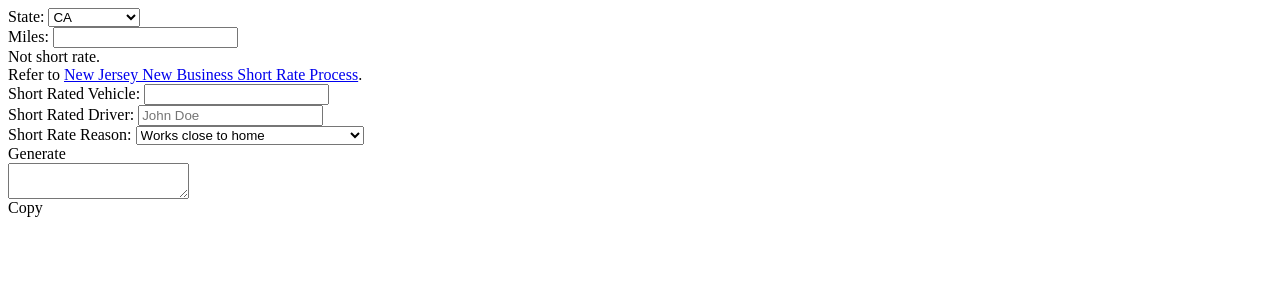
Repository: arjay07/AlineNotebook
Page: app/views/shortrate.html
The author's editor kept a record of every edit. The page is drawn from the files as they stood at one moment, then again after the next edit.
The browser window is 1280 px wide. The pictures show the whole page.

Above is the page before.

### app/views/shortrate.html
<div id="shortrategenerator">

    <div class="formdiv">
        State:
        <select id="states">
            <option value="ca">CA</option>
            <option value="fl">FL</option>
            <option value="nj">NJ</option>
            <option value="other">All Others...</option>
        </select>
    </div>

    <div class="formdiv">
        Miles: <input type="number" id="miles"/>
        <div id="notshortrated">Not short rate.</div>
    </div>

    <div id="njref">
        Refer to <a href="https://allstate.rightanswers.com/portal/app/portlets/results/viewsolution.jsp?solutionid=190415212741182&page=1&position=1&q=nj%20short%20rate">New Jersey New Business Short Rate Process</a>.
    </div>

    <div id="shortrated">

        <div class="formdiv">Short Rated Vehicle: <input id="shortratedvehicle"/></div>
        <div class="formdiv">Short Rated Driver: <input id="shortrateddriver" placeholder="John Doe"/></div>
        <div class="formdiv">Short Rate Reason:
            <select id="shortratereason">
                <option value="works close to home">Works close to home</option>
                <option value="works from home">Works from home</option>
                <option value="is a homemaker">Homemaker</option>
                <option value="is retired">Retired</option>
                <option value="has a company car or other primary mode of transporation">Has a company car or other...</option>
                <option value="stopped working to stay home with children">Stay home with children</option>
                <option value="uses public transportation to get to work">Public transportation to get to work</option>
                <option value="is deployed in the Military">Military (Deployed)</option>
                <option value="is out of country for over 6 months">Out of Country (over 6 months)</option>
                <option value="walks to work/school">Walks to work/school</option>
                <option value="rides a bike to work/school">Rides a bike to work/school</option>
            </select>
        </div>

        <div class="formdiv">
            <div class="btn">Generate<i class='fas fa-cog'></i></div>
        </div>

        <div class="formdiv">
            <textarea id="shortratenote" readonly></textarea>
            <br>
            <div class="btn">Copy<i class="fas fa-copy"></i></div>
        </div>
    </div>
</div>

After the next edit:
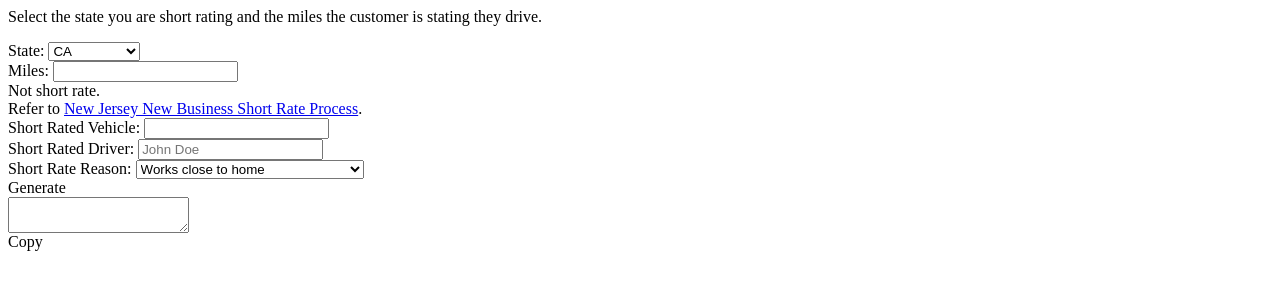
The edit:
--- a/app/views/shortrate.html
+++ b/app/views/shortrate.html
@@ -1,4 +1,8 @@
 <div id="shortrategenerator">
+
+    <div class="formdiv">
+        <p>Select the state you are short rating and the miles the customer is stating they drive.</p>
+    </div>
 
     <div class="formdiv">
         State:
